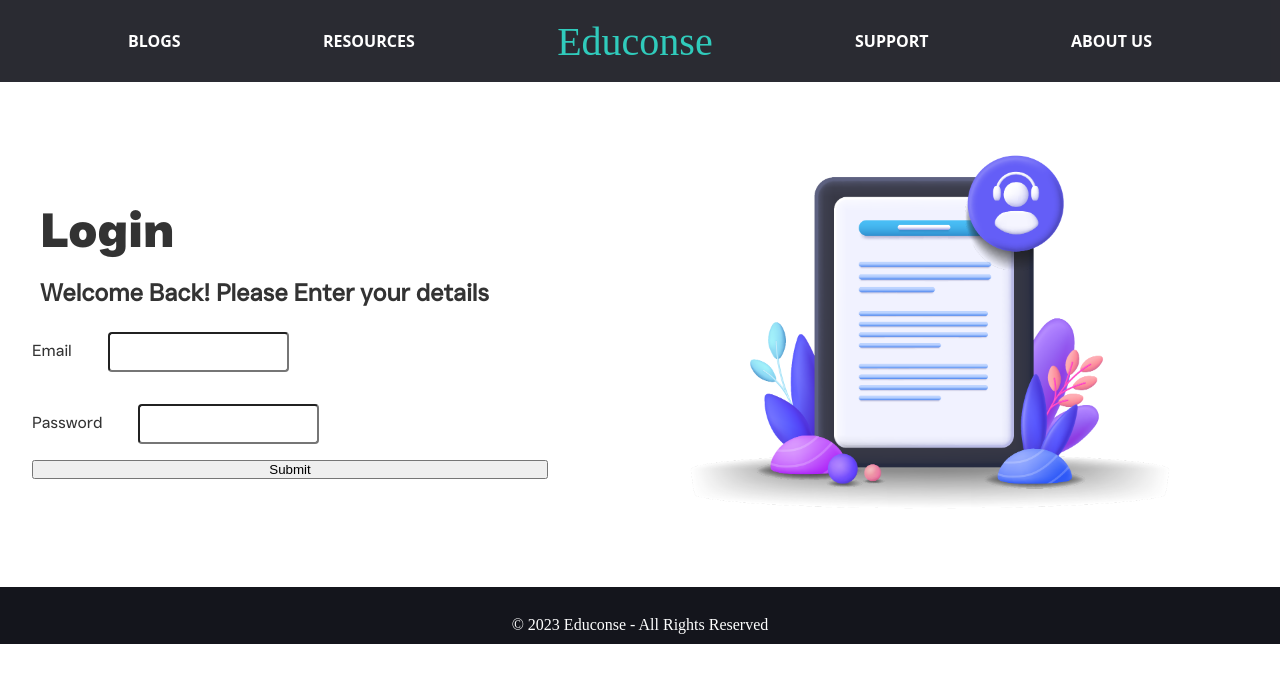
Repository: devajay07/educonse
Page: pages/login.html
The author's editor kept a copy of each file at every save. The page is drawn from the files as they stood at one save, then again after the next save.
The browser window is 1280 px wide. The pictures show the whole page.

Above is the page before, as saved 2023-10-15 02:27:34.

### pages/login.html
<!DOCTYPE html>
<html lang="en">

<head>
  <meta charset="UTF-8" />
  <meta name="viewport" content="width=device-width, initial-scale=1.0" />
  <title>Document</title>

  <script src="https://code.jquery.com/jquery-3.7.0.js"></script>
  <link rel="stylesheet" href="/css/header.css" />
  <link rel="stylesheet" href="/css/login.css" />
</head>

<body>
  <header id="header"></header>
  <main>
    <div class="login-panel">
      <div class="left-section">
        <div class="top">
          <h1 class="heading">Login</h1>
          <h2 class="sub-heading">Welcome Back! Please Enter your details</h2>
        </div>
        <div class="input-form" id="input-form">
          <div class="email">
            <label for="email-input">Email</label>
            <input type="email" name="email-input" id="email-input" />
          </div>
          <div class="password">
            <label for="password-input">Password</label>
            <input type="password" id="password-input">
          </div>
          <input type="button" value="Submit" id="submit">
        </div>

      </div>
      <div class="right-section">

        <img src="/images/login1.png" alt="Login Image" id="login-img">
      </div>
    </div>
  </main>
  <footer>
    <div class="footer-2">&copy; 2023 Educonse - All Rights Reserved</div>
  </footer>
  <script>
    $(document).ready(function () {
      $("#header").load("/pages/header.html");
    });
  </script>
</body>

</html>

### css/header.css
@import url("https://cdnjs.cloudflare.com/ajax/libs/font-awesome/6.4.2/css/all.min.css");
* {
  padding: 0;
  margin: 0;
  box-sizing: border-box;
}
@font-face {
  font-family: "brand-bold";
  src: url("/fonts/brand-bold.otf") format("opentype");
  font-weight: normal;
  font-style: normal;
}
@font-face {
  font-family: "brand-reg";
  src: url("/fonts/brand-regular.otf") format("opentype");
  font-weight: normal;
  font-style: normal;
}

:root {
  --brand-color: hsla(291, 60%, 34%, 1);
  --hookers-green: hsla(174, 17%, 46%, 1);
  --white: hsla(0, 0%, 100%, 1);
  --poppy: hsla(356, 74%, 52%, 1);
  --black: hsla(60, 1%, 14%, 1);
  --beige: #f5f5dc;

  --brand-bold: "brand-bold", sans-serif;
  --brand-reg: "brand-reg", sans-serif;
  --universal-margin: 1rem 8rem;
  --section-margin: 1rem;
  --footer-bg: rgb(20, 21, 28);
}

body {
  background-color: white;
  color: #333; /* A light version of black */
}

.nav-container {
  display: flex;
  align-items: center;
  justify-content: space-between;
  width: 100%;
  margin: var(--universal-margin);
  height: 50px;
}
.nav-container .nav-item {
  font-family: system-ui, -apple-system, BlinkMacSystemFont, "Segoe UI", Roboto,
    Oxygen, Ubuntu, Cantarell, "Open Sans", "Helvetica Neue", sans-serif;
  color: var(--white);
  font-weight: bolder;
}

nav {
  display: flex;
  justify-content: space-between;
  align-items: center;
  background-color: var(--footer-bg);
  opacity: 0.9;
  color: white;
}

nav .brand {
  font-size: 40px;
  color: var(--brand-color);
  font-family: var(--brand-font);
}

nav a {
  text-decoration: none;
  color: white;
}

footer {
  display: flex;
  flex-direction: column;
}
.footer-1 {
  display: flex;
  justify-content: space-evenly;
}
.footer-1 .customer-service > div {
  padding: 0.2rem;
}
.footer-1 h1 {
  font-size: 1.2rem;
  font-family: var(--brand-font);
  margin-bottom: 0.5rem;
}
.footer-1 p {
  font-size: 0.8rem;
  opacity: 0.6;
  color: #f0e8e8;
  padding: 0.3rem;
  font-family: var(--brand-reg);
}
.footer-1 .heading{
  padding-bottom: 1rem;
  font-family: var(--brand-bold);
}


.footer-1 span {
  font-size: 0.8rem;
  margin: 0.4rem;
}

.footer-1 a {
  color: #f0f0ea;
  text-decoration: none;
}
.footer-1 .reach-us {
  display: flex;
  align-items: center;
  flex-direction: column;
}

.reach-us iframe{
  border-radius: 8px;
}

.footer-2{
  padding-top: 1.2rem;
}

.text {
  color: white;
  font-size: 20px;
  position: absolute;
  top: 50%;
  left: 50%;
  transform: translate(-50%, -50%);
  -ms-transform: translate(-50%, -50%);
  white-space: nowrap;
}

@charset "UTF-8";

.svg-inline--fa {
  vertical-align: -0.2em;
}

.rounded-social-buttons {
  text-align: center;
}

.rounded-social-buttons .social-button {
  display: inline-block;
  position: relative;
  cursor: pointer;
  width: 3.125rem;
  height: 3.125rem;
  border: 0.125rem solid transparent;
  padding: 0;
  text-decoration: none;
  text-align: center;
  color: #fefefe;
  font-size: 1.5625rem;
  font-weight: normal;
  line-height: 2em;
  border-radius: 1.6875rem;
  transition: all 0.5s ease;
  margin-right: 0.25rem;
  margin-bottom: 0.25rem;
}

.rounded-social-buttons .social-button:hover,
.rounded-social-buttons .social-button:focus {
  -webkit-transform: rotate(360deg);
  -ms-transform: rotate(360deg);
  transform: rotate(360deg);
}

.rounded-social-buttons .fa-twitter,
.fa-facebook-f,
.fa-linkedin,
.fa-youtube,
.fa-instagram {
  font-size: 25px;
}

.rounded-social-buttons .social-button.facebook {
  background: #3b5998;
}

.rounded-social-buttons .social-button.facebook:hover,
.rounded-social-buttons .social-button.facebook:focus {
  color: #3b5998;
  background: #fefefe;
  border-color: #3b5998;
}

.rounded-social-buttons .social-button.twitter {
  background: #55acee;
}

.rounded-social-buttons .social-button.twitter:hover,
.rounded-social-buttons .social-button.twitter:focus {
  color: #55acee;
  background: #fefefe;
  border-color: #55acee;
}

.rounded-social-buttons .social-button.linkedin {
  background: #007bb5;
}

.rounded-social-buttons .social-button.linkedin:hover,
.rounded-social-buttons .social-button.linkedin:focus {
  color: #007bb5;
  background: #fefefe;
  border-color: #007bb5;
}

.rounded-social-buttons .social-button.youtube {
  background: #bb0000;
}

.rounded-social-buttons .social-button.youtube:hover,
.rounded-social-buttons .social-button.youtube:focus {
  color: #bb0000;
  background: #fefefe;
  border-color: #bb0000;
}

.rounded-social-buttons .social-button.instagram {
  background: #125688;
}

.rounded-social-buttons .social-button.instagram:hover,
.rounded-social-buttons .social-button.instagram:focus {
  color: #125688;
  background: #fefefe;
  border-color: #125688;
}

footer {
  background-color: var(--footer-bg);
  color: white;
  text-align: center;
  padding: 10px 0;
}

### css/login.css
@import url("/css/global.css");
main .login-panel{
  display: flex;
  justify-content: center;
  background-color: var(--white);
  font-family: var(--brand-reg);
}

.left-section{
  width: 800px;
  display: flex;
  flex-direction: column;
  justify-content: center;
  font-family: var(--brand-reg );
  padding: 2rem;
}

.input-form{
  display: flex;
  position: relative;
  flex-direction: column;
  font-family: var(--brand-reg);
}
.input>div{
  font-size: 1.3rem;
  margin:0.5rem;
}
label{
  padding-right: 1rem;
}
.input-form{
  paddin
}
input[type=password],input[type=email]{

  height: 40px;
  border-radius:4px;
  margin: 1rem;
}

.heading{
  font-family: var(--brand-bold);
  font-size: 3rem;
  padding: 0.5rem;
}

.sub-heading{
  font-family: var(--brand-reg);
  font-size: 1.5rem;
  padding: 0.5rem;
}




#login-img{
  width: 700px;
  height:500px;
  object-fit: contain;
}

### css/global.css
@import url("https://cdnjs.cloudflare.com/ajax/libs/font-awesome/6.4.2/css/all.min.css");
* {
  padding: 0;
  margin: 0;
  box-sizing: border-box;
}
@font-face {
  font-family: "brand-bold";
  src: url("/fonts/brand-bold.otf") format("opentype");
  font-weight: normal;
  font-style: normal;
}
@font-face {
  font-family: "brand-reg";
  src: url("/fonts/brand-regular.otf") format("opentype");
  font-weight: normal;
  font-style: normal;
}

:root {
  --brand-color: rgb(26, 198, 181);
  --hookers-green: hsla(174, 17%, 46%, 1);
  --white: hsla(0, 0%, 100%, 1);
  --poppy: hsla(356, 74%, 52%, 1);
  --black: hsla(60, 1%, 14%, 1);
  --beige: #f5f5dc;

  --brand-bold: "brand-bold", sans-serif;
  --brand-reg: "brand-reg", sans-serif;
  --universal-margin: 1rem 8rem;
  --section-margin: 1rem;
  --footer-bg: rgb(20, 21, 28);
}

### pages/header.html
<nav>
  <div class="nav-container">
    <div class="nav-item">BLOGS</div>
    <div class="nav-item">RESOURCES</div>
    <div class="brand">Educonse</div>
    <div class="nav-item">SUPPORT</div>
    <div class="nav-item">ABOUT US</div>
  </div>
</nav>

After the next save:
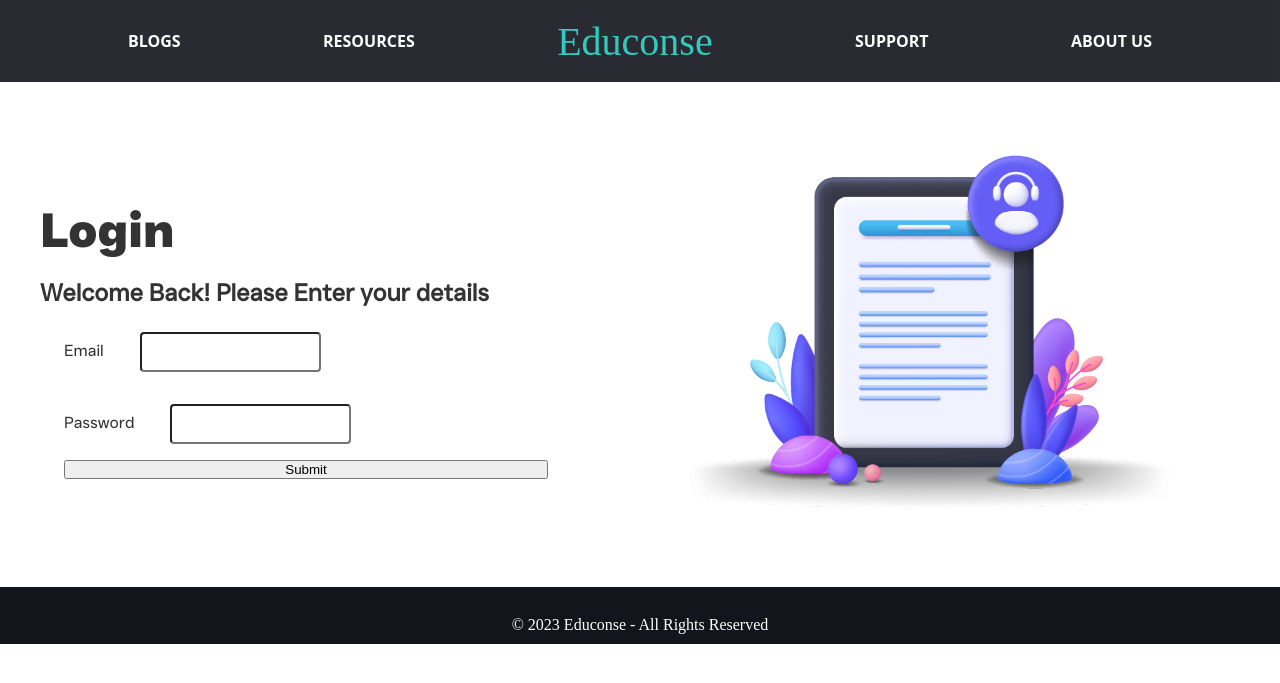
Saved 3 s later.
--- a/css/login.css
+++ b/css/login.css
@@ -29,7 +29,7 @@ label{
   padding-right: 1rem;
 }
 .input-form{
-  paddin
+  padding-left: 2rem;
 }
 input[type=password],input[type=email]{
 
